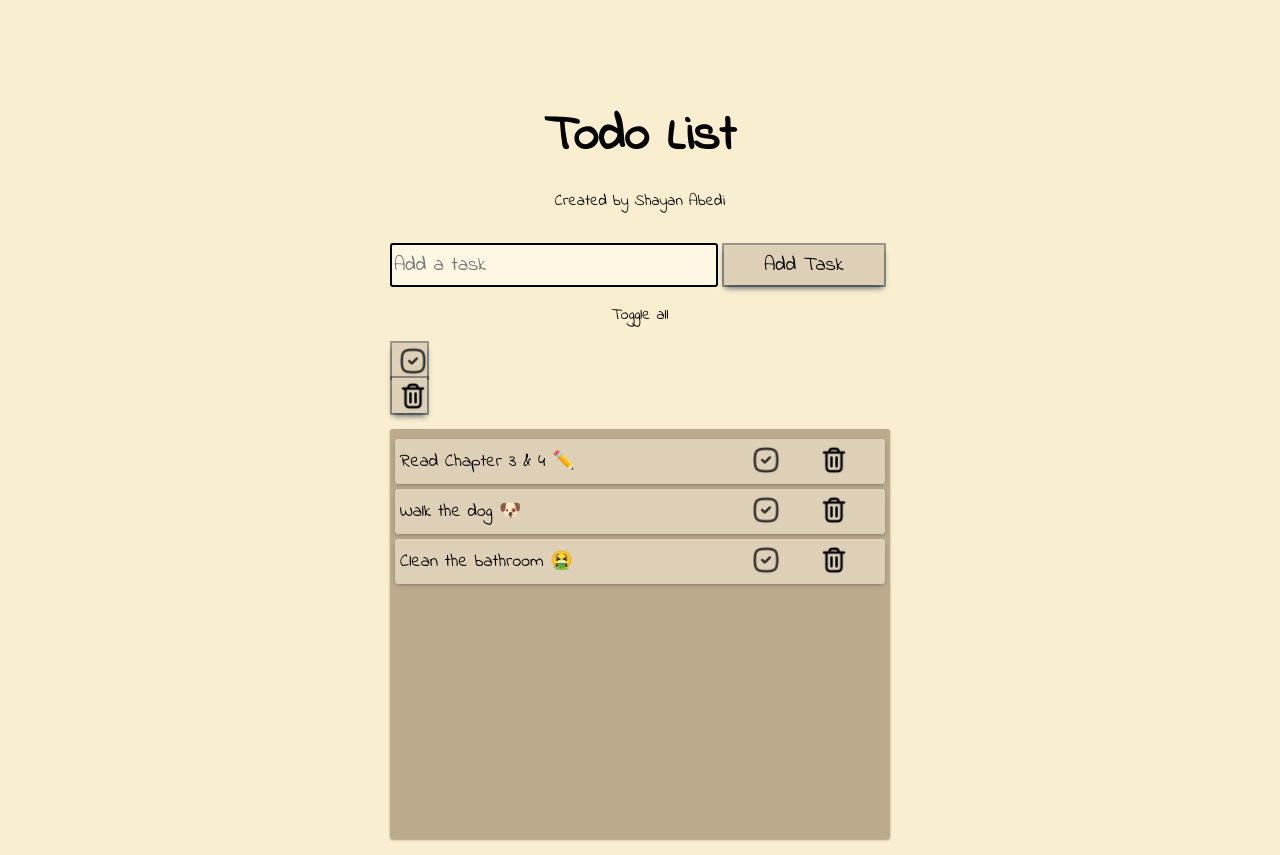
Repository: shayanabedi98/todo-list
Page: /
The author's editor kept a copy of each file at every save. The page is drawn from the files as they stood at one save, then again after the next save.
The browser window is 1280 px wide. The pictures show the whole page.
The project was rebuilt for these pictures with package versions that can differ from the ones it lists, and the page was loaded fresh each time. Also part of the build but not shown: vite.config.js.

Above is the page before, as saved 2023-12-30 17:13:59.

### index.html
<!doctype html>
<html lang="en">
  <head>
    <meta charset="UTF-8" />
    <link rel="icon" type="image/svg+xml" href="./src/assets/pencil-svgrepo-com.png" />
    <meta name="viewport" content="width=device-width, initial-scale=1.0" />
    <link rel="preconnect" href="https://fonts.googleapis.com">
    <link rel="preconnect" href="https://fonts.gstatic.com" crossorigin>
    <link href="https://fonts.googleapis.com/css2?family=Indie+Flower&display=swap" rel="stylesheet">
    <title>Todo List</title>
  </head>
  <body>
    <div id="root"></div>
    <script type="module" src="/src/main.jsx"></script>
  </body>
</html>

### src/App.jsx
import { useState } from "react";
import { v4 as uuid } from "uuid";
import TodoList from "./TodoList";
import CreateTask from "./CreateTask";
import AffectAll from "./AffectAll";

function App() {
  const [list, setList] = useState([
    { id: uuid(), text: "Read Chapter 3 & 4 ✏️", completed: false },
    { id: uuid(), text: "Walk the dog 🐶", completed: false },
    { id: uuid(), text: "Clean the bathroom 🤮", completed: false },
  ]);
  const [input, setInput] = useState("");

  const addTask = () => {
    if (input.trim() !== "") {
      setList([...list, { id: uuid(), text: input, completed: false }]);
      setInput("");
    }
  };

  const handleChange = (event) => {
    setInput(event.target.value);
  };

  const handleDelete = (taskID) => {
    const newList = list.filter((task) => {
      return task.id !== taskID;
    });
    setList(newList);
  };

  const handleComplete = (taskID) => {
    const newList = list.map((task) => {
      if (task.id === taskID) {
        return { ...task, completed: !task.completed };
      } else {
        return task;
      }
    });
    setList(newList);
  };

  const clearAll = () => {
    setList([]);
  };

  const completeAll = () => {
    const isItCompleted = list.some((task) => !task.completed);
    const newList = list.map((task) => ({ ...task, completed: isItCompleted }));
    setList(newList)
  };

  return (
    <>
      <h1>Todo List</h1>
      <p>Created by Shayan Abedi</p>
      <CreateTask handleChange={handleChange} input={input} addTask={addTask} />
      <AffectAll clearAll={clearAll} completeAll={completeAll} />
      <TodoList
        list={list}
        handleDelete={handleDelete}
        handleComplete={handleComplete}
      />
    </>
  );
}

export default App;

### src/index.css
body {
  background-color: #FAEED1;
  font-family: 'Indie Flower', cursive;
}

h1 {
  font-size: 50px;
  margin-top: 100px;
  margin-bottom: 0;
  text-align: center;
}

.create-task {
  display: grid;
  place-items: center;
  align-content: center;
  grid-template-columns: 1fr 1fr;
  margin: 30px auto 0 auto;
}

.create-task input {
  background-color: #FDF7E4;
  border: 2px solid black;
  border-radius: 3px;
  font-size: 20px;
  height: 38px;
  width: 320px;
  font-family: 'Indie Flower', cursive;
}

.create-task button {
  background-color: #DED0B6;
  border: none;
  font-family: 'Indie Flower', cursive;
  height: 40px;
  width: 160px;
  font-size: 20px;
  box-shadow: rgba(6, 24, 44, 0.4) 0px 0px 0px 2px, rgba(6, 24, 44, 0.65) 0px 4px 6px -1px, rgba(255, 255, 255, 0.08) 0px 1px 0px inset;
  cursor: pointer;
}

.affect-all {
  text-align: end;
}

.affect-all button {
  background-color: #DED0B6;
  border: none;
  display: grid;
  place-items: center;
  font-family: 'Indie Flower', cursive;
  height: 35px;
  width: 35px;
  margin: auto 2px;
  box-shadow: rgba(6, 24, 44, 0.4) 0px 0px 0px 2px, rgba(6, 24, 44, 0.65) 0px 4px 6px -1px, rgba(255, 255, 255, 0.08) 0px 1px 0px inset;
  cursor: pointer;
}

.list ul {
 padding: 5px;
 box-shadow: rgba(0, 0, 0, 0.12) 0px 1px 3px, rgba(0, 0, 0, 0.24) 0px 1px 2px;
  border-radius: 3px;
  background-color: #BBAB8C;
  min-height: 400px;
}

.list li {
  list-style: none;
  display: grid;
  grid-template-columns: 1fr 0.2fr 0.2fr;
  background-color: #DED0B6;
  margin-top: 5px;
  margin-bottom: 5px;
  padding: 5px;
  box-shadow: rgba(50, 50, 93, 0.25) 0px 2px 5px -1px, rgba(0, 0, 0, 0.3) 0px 1px 3px -1px;
  border-radius: 3px;
  font-size: 18px;
  align-items: center;
}

p, h1, .create-task, .list, .affect-all {
  width: 500px;
  margin-left: auto;
  margin-right: auto;
}

.list button {
  background-color: #DED0B6;
  height: 35px;
  width: 35px;
  margin: auto 2px;
  cursor: pointer;
  border: none;
  border-radius: 3px;
}

.list img, .affect-all img {
  height: 30px;
}

p {
  text-align: center;
}

### src/TodoList.jsx
import React from "react";
import trash from "./assets/trash.png";
import check from "./assets/check.png";

const TodoList = ({ handleComplete, handleDelete, list }) => {
  const completedStyle = (condition) => {
    return condition
      ? {
          color: "grey",
          textDecoration: "line-through",
        }
      : {};
  };

  return (
    <div className="list">
      <ul>
        {list.map((task) => {
          return (
            <li key={task.id}>
              <span style={completedStyle(task.completed)}>{task.text}</span>
              <button id="complete" onClick={() => handleComplete(task.id)}>
                <img src={check} alt="checkmark button"/>
              </button>
              <button id="delete" onClick={() => handleDelete(task.id)}>
                <img src={trash} alt="delete button"/>
              </button>
            </li>
          );
        })}
      </ul>
    </div>
  );
};

export default TodoList;

### src/CreateTask.jsx
import React from "react";

const CreateTask = ({input, addTask, handleChange}) => {
  return (
    <div className="create-task">
      <input
        onKeyDown={(e) => e.key === 'Enter' && addTask()}
        placeholder="Add a task"
        type="text"
        onChange={handleChange}
        value={input}
      />
      <button onClick={addTask}>Add Task</button>
    </div>
  );
};

export default CreateTask;

### src/AffectAll.jsx
import React from "react";
import trash from "./assets/trash.png";
import check from "./assets/check.png";

const AffectAll = ({ clearAll, completeAll }) => {
  return (
    <div className="affect-all">
      <div>
        <p>Toggle all</p>
      </div>
      <div>
        <button onClick={completeAll}>
          <img src={check} alt="" />
        </button>
        <button onClick={clearAll}>
          <img src={trash} alt="" />
        </button>
      </div>
    </div>
  );
};

export default AffectAll;

Loaded but not shown: src/main.jsx (common file)

After the next save:
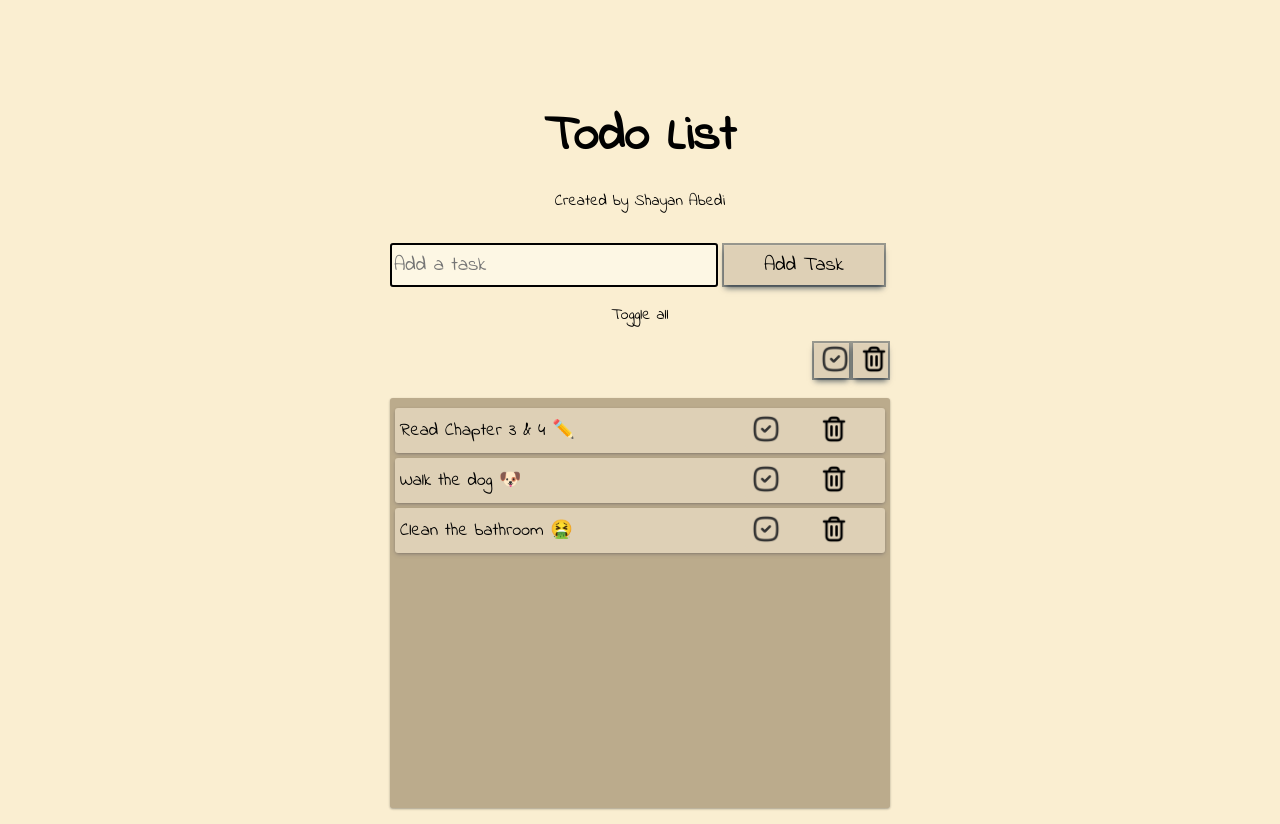
Saved 10 s later.
--- a/src/index.css
+++ b/src/index.css
@@ -46,8 +46,6 @@ h1 {
 .affect-all button {
   background-color: #DED0B6;
   border: none;
-  display: grid;
-  place-items: center;
   font-family: 'Indie Flower', cursive;
   height: 35px;
   width: 35px;
